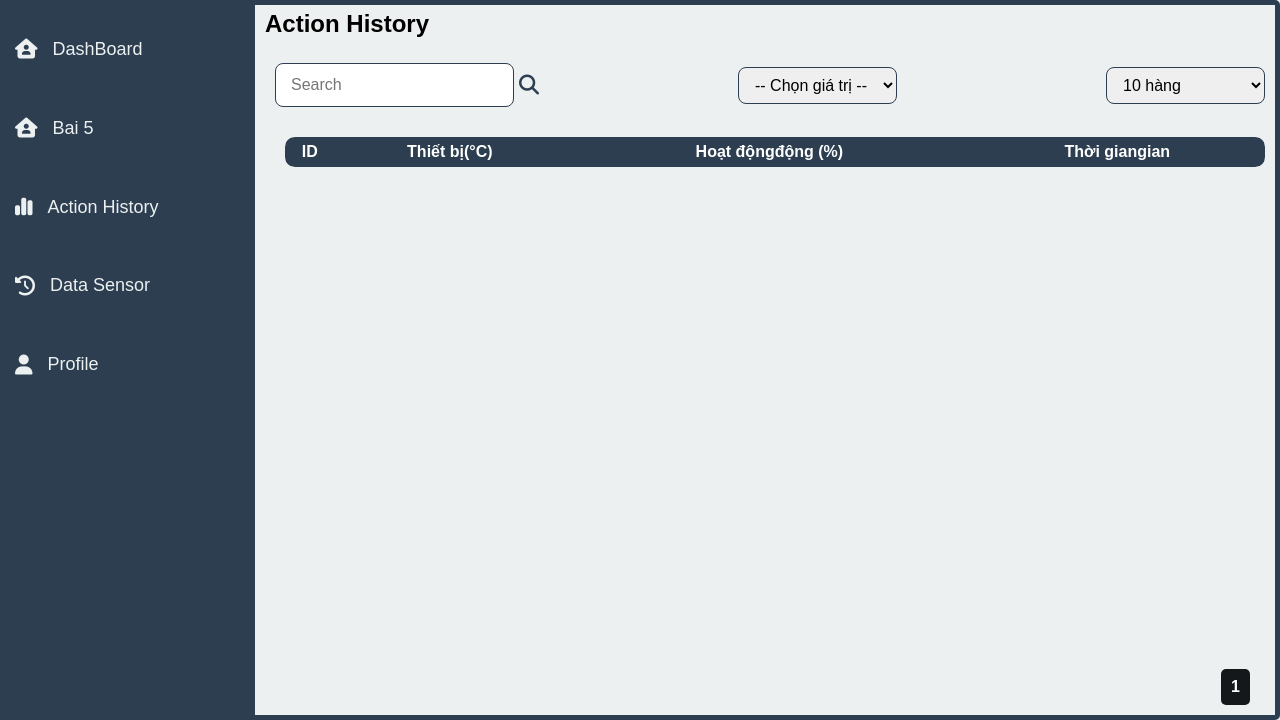
Repository: duongnoob23/duyyyy
Page: /action (app in iot/)
The author's editor kept a copy of each file at every save. The page is drawn from the files as they stood at one save, then again after the next save.
The browser window is 1280 px wide. The pictures show the whole page.
The page's requests for data from a server got no answer. Some web libraries are served in a nearby version. The project was rebuilt for these pictures with package versions that can differ from the ones it lists, and the page was loaded fresh each time. No one was signed in, and anything a server would have sent is missing. Also part of the build but not shown: iot/src/App.css, iot/src/Pages/Home/Home.css, iot/src/Components/Doughnut/GaugeChart.js, iot/src/Components/LineChart/LineChartECharts.js, iot/src/Pages/Home/Home.js, iot/src/Pages/DataLogs/DataLogs.js, iot/src/Pages/Profile/Profile.css, iot/src/Pages/Profile/Profile.js and 3 more.

Above is the page before, as saved 2024-12-25 23:13:16.

After the next save:
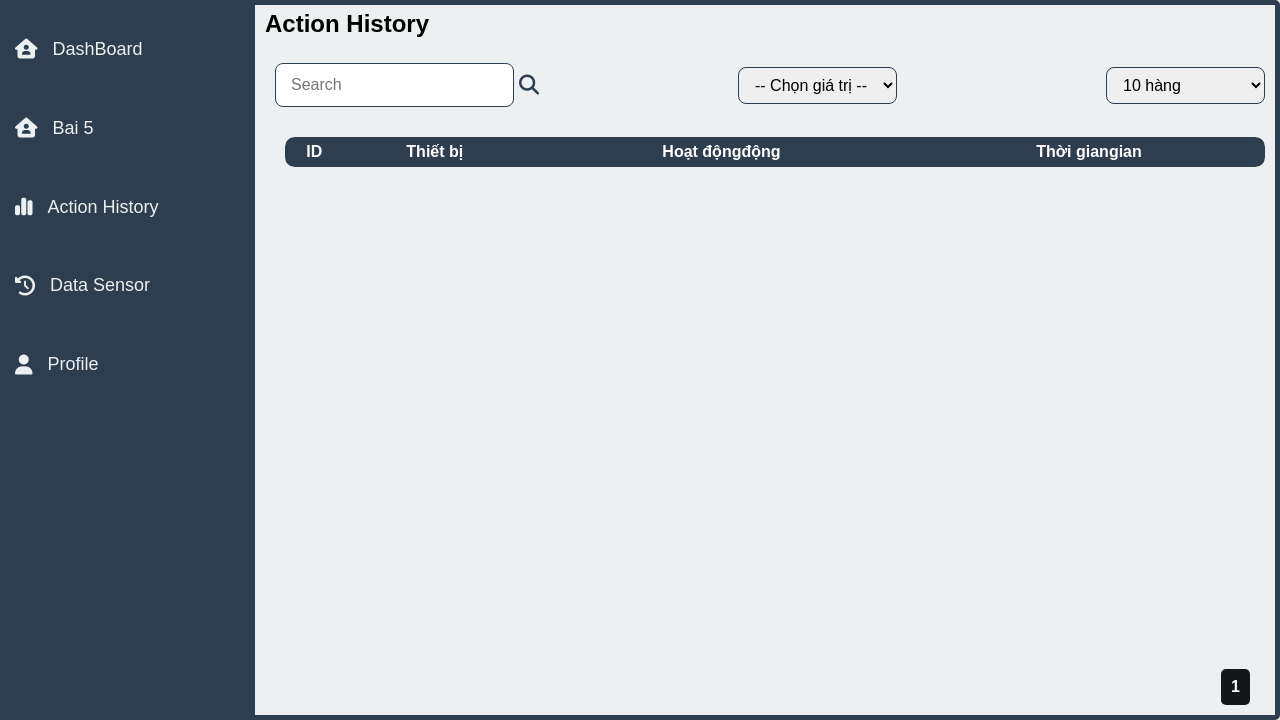
Saved 18 s later.
--- a/iot/src/Pages/Action/Action.js
+++ b/iot/src/Pages/Action/Action.js
@@ -130,8 +130,8 @@ function Action() {
             <thead className="table__head">
               <tr className="table-row__head">
                 <th>ID</th>
-                <th>Thiết bị(°C)</th>
-                <th>Hoạt độngđộng (%)</th>
+                <th>Thiết bị</th>
+                <th>Hoạt độngđộng</th>
                 <th>Thời giangian</th>
               </tr>
             </thead>
